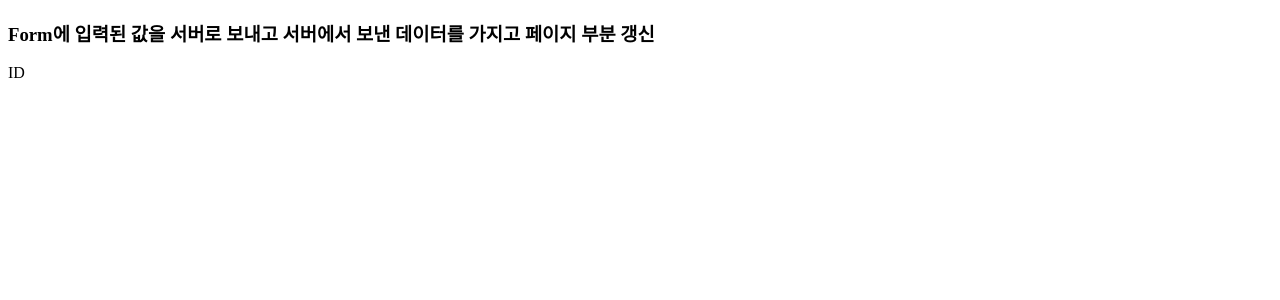
Repository: Niftrone/Kosa_Webs
Page: http://localhost/web17_Ajax/ajax02_getMembers.jsp
The author's editor kept a copy of each file at every save. The page is drawn from the files as they stood at one save, then again after the next save.
The browser window is 1280 px wide. The pictures show the whole page.
The page is served by Tomcat 9.

Above is the page before, as saved 2025-07-07 05:34:26.

After the next save:
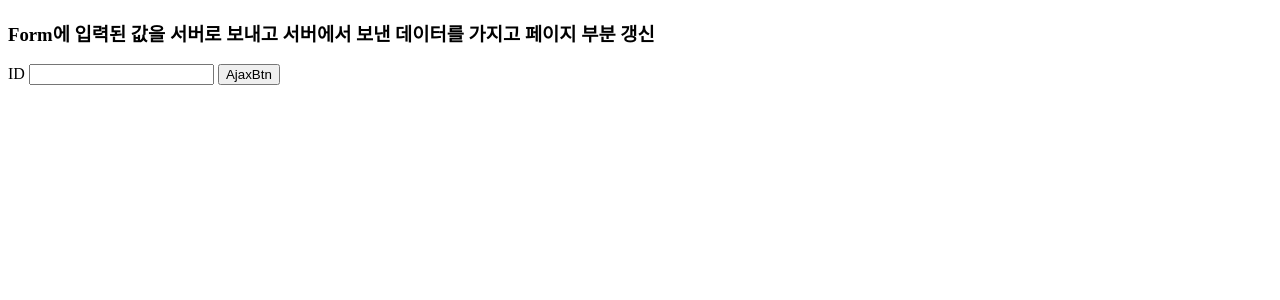
Saved 13 s later.
--- a/web17_Ajax/src/main/webapp/ajax02_getMembers.jsp
+++ b/web17_Ajax/src/main/webapp/ajax02_getMembers.jsp
@@ -8,7 +8,8 @@
 </head>
 <body>
 <h3>Form에 입력된 값을 서버로 보내고 서버에서 보낸 데이터를 가지고 페이지 부분 갱신</h3>
-ID <input="text" name="userId" id="userId"/>
-<input="button" value="AjaxBtn" id="AjaxBtn"/>
+ID <input type="text" name="userId" id="userId"/>
+<input type="button" value="AjaxBtn" id="AjaxBtn"/>
+
 </body>
 </html>
